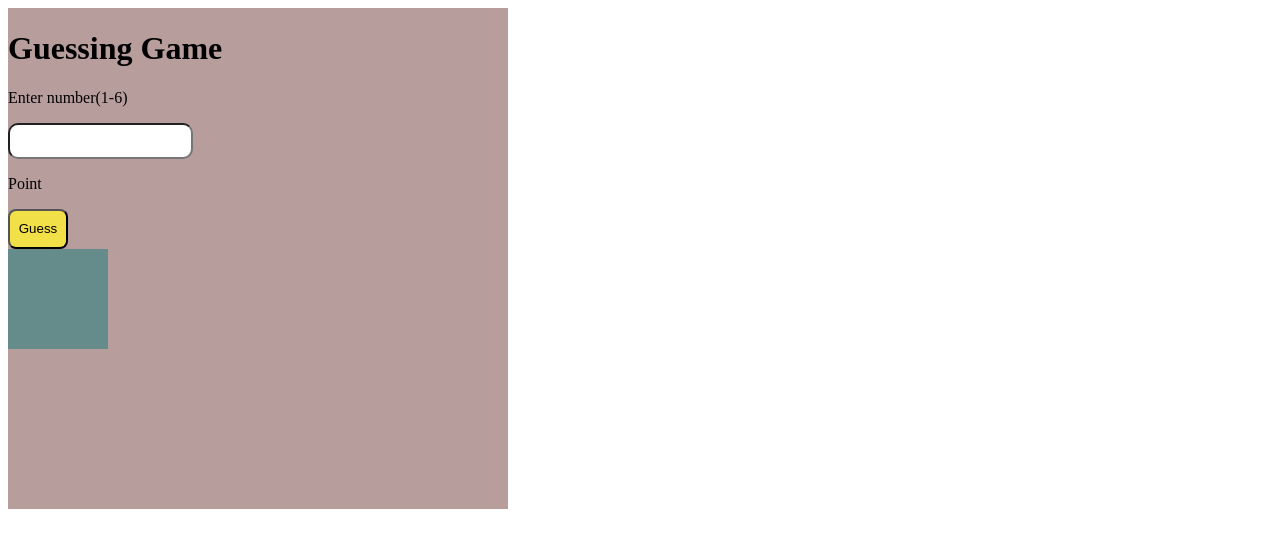
Repository: sedashahnazaryan/Guessing-Game
Page: index.html
The author's editor kept a copy of each file at every save. The page is drawn from the files as they stood at one save, then again after the next save.
The browser window is 1280 px wide. The pictures show the whole page.

Above is the page before, as saved 2022-02-23 19:37:42.

### index.html
<!DOCTYPE html>
<html lang="en">
<head>
    <meta charset="UTF-8">
    <meta http-equiv="X-UA-Compatible" content="IE=edge">
    <meta name="viewport" content="width=device-width, initial-scale=1.0">
    <link rel="stylesheet" href="./index.css">
    <title>Gueess Game</title>
</head>
<body>
    <div class="container">
        <h1 class="Guessing">Guessing Game</h1>
     <p class="enter">Enter number(1-6)</p>
<input id="num" type="text">
     <p class="p">Point</p>
     <button id="btn">Guess</button>
     <div class="table" id="show-text"></div>
    </div>
 <script src="./index.js"></script>
</body>
</html>

### index.css
.container{

    background-color: #b89d9d;
    height: 500px;
    width: 500px;
    padding-top:1px;
}
#num{
height: 30px;
border-radius: 10px;
}
#btn{
    height: 40px;
    width: 60px;
    border-radius: 8px;
    background-color: rgb(241, 224, 72);
}
.table{
    height: 100px;
    width: 100px;
    background-color: rgb(101, 139, 139);
}

Loaded but not shown: index.js (no copy from this time; the picture is the same without it)

After the next save:
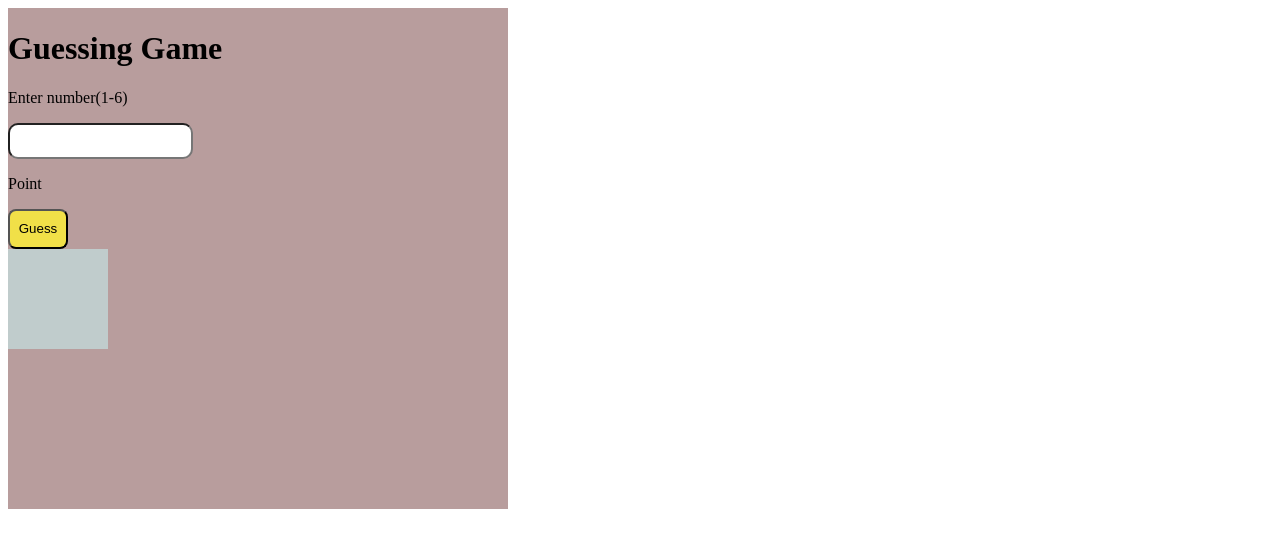
Saved 4 s later.
--- a/index.css
+++ b/index.css
@@ -18,5 +18,5 @@
 .table{
     height: 100px;
     width: 100px;
-    background-color: rgb(101, 139, 139);
+    background-color: rgb(192, 204, 204);
 }
